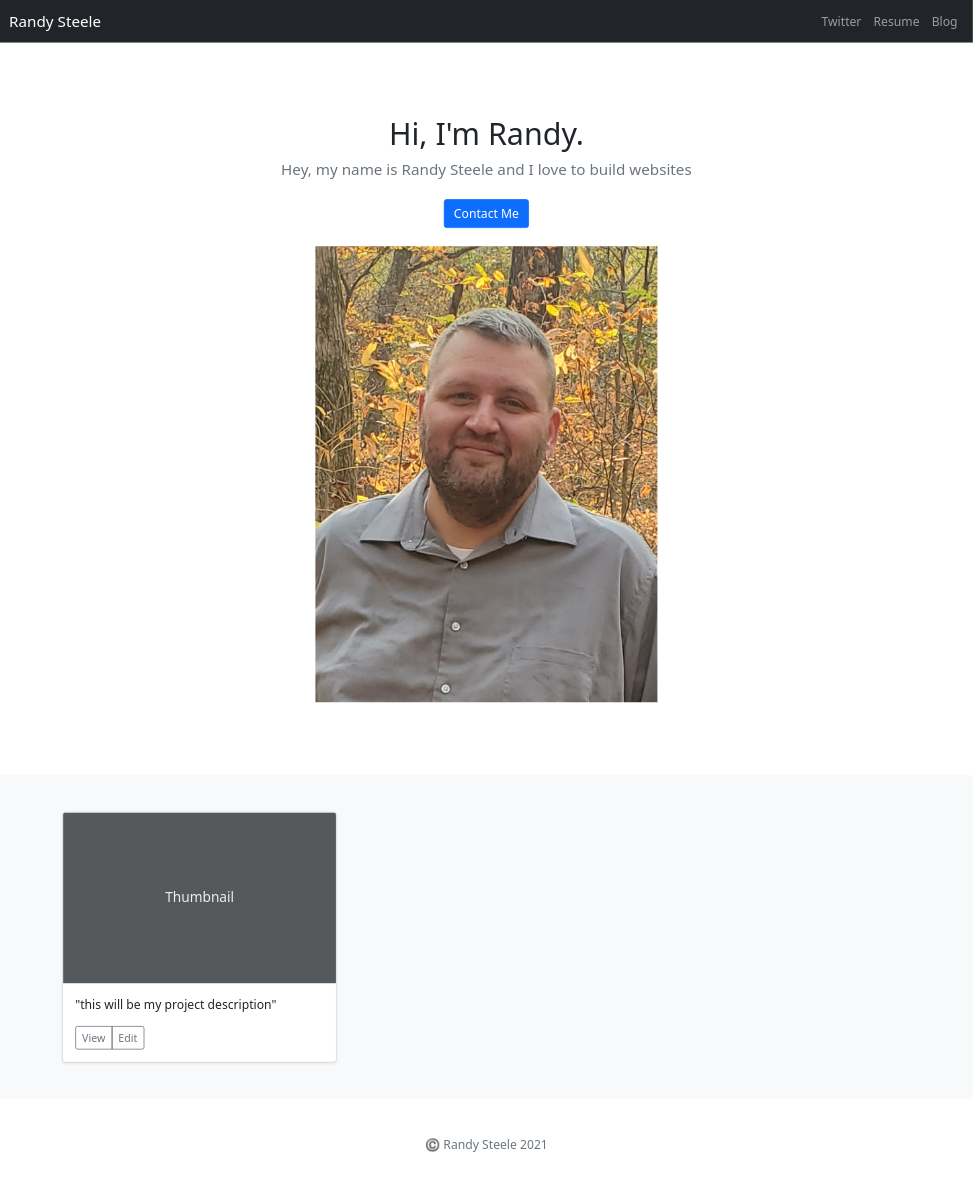
Repository: randysteele/my-portfolio
Page: http://localhost/
The author's editor kept a copy of each file at every save. The page is drawn from the files as they stood at one save, then again after a run of saves.
The browser window is 1280 px wide. The pictures show the whole page, at 76% of full size.
The page is served by the project's application, run on Django 2.2 (manage.py).

Above is the page before, as saved 2021-03-25 17:15:07.

After the next 2 saves:
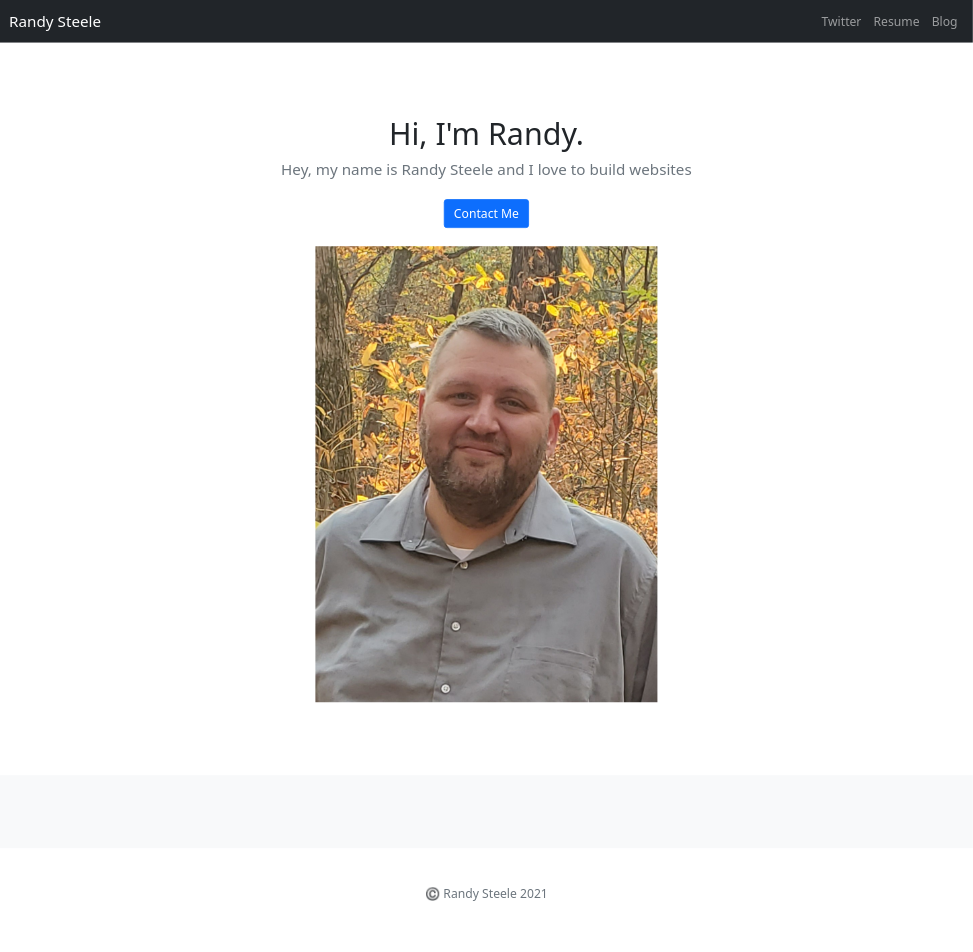
The 2 saves are shown as one change because 1 did not build or start.
The last was saved 4 min 34 s later.
--- a/django-portfolio/jobs/templates/jobs/home.html
+++ b/django-portfolio/jobs/templates/jobs/home.html
@@ -89,26 +89,27 @@
         </section>
 
         <div class="album py-5 bg-light">
-            <div class="container">
+         <div class="container">
 
-              <div class="row row-cols-1 row-cols-sm-2 row-cols-md-3 g-3">
-                <div class="col">
-                  <div class="card shadow-sm">
-                    <svg class="bd-placeholder-img card-img-top" width="100%" height="225" xmlns="http://www.w3.org/2000/svg" role="img" aria-label="Placeholder: Thumbnail" preserveAspectRatio="xMidYMid slice" focusable="false"><title>Placeholder</title><rect width="100%" height="100%" fill="#55595c"/><text x="50%" y="50%" fill="#eceeef" dy=".3em">Thumbnail</text></svg>
-
-                    <div class="card-body">
-                      <p class="card-text">"this will be my project description"</p>
-                      <div class="d-flex justify-content-between align-items-center">
-                        <div class="btn-group">
-                          <button type="button" class="btn btn-sm btn-outline-secondary">View</button>
-                          <button type="button" class="btn btn-sm btn-outline-secondary">Edit</button>
-                        </div>
-                      </div>
+          <div class="row row-cols-1 row-cols-sm-2 row-cols-md-3 g-3">
+              {% for job in Jobs.all %}
+           <div class="col">
+           <div class="card shadow-sm">
+             <svg class="bd-placeholder-img card-img-top" width="100%" height="225" xmlns="http://www.w3.org/2000/svg" role="img" aria-label="Placeholder: Thumbnail" preserveAspectRatio="xMidYMid slice" focusable="false"><title>Placeholder</title><rect width="100%" height="100%" fill="#55595c"/><text x="50%" y="50%" fill="#eceeef" dy=".3em">Thumbnail</text></svg>
+                <div class="card-body">
+                <p class="card-text">{{ job.summary }}</p>
+                <div class="d-flex justify-content-between align-items-center">
+                <div class="btn-group">
+                    <button type="button" class="btn btn-sm btn-outline-secondary">View</button>
+                    <button type="button" class="btn btn-sm btn-outline-secondary">Edit</button>
+                    </div>
+                    </div>
                     </div>
                   </div>
                 </div>
                 </div>
             </div>
+            {% endfor %}
               </main>
 
     <footer class="text-muted py-5">
